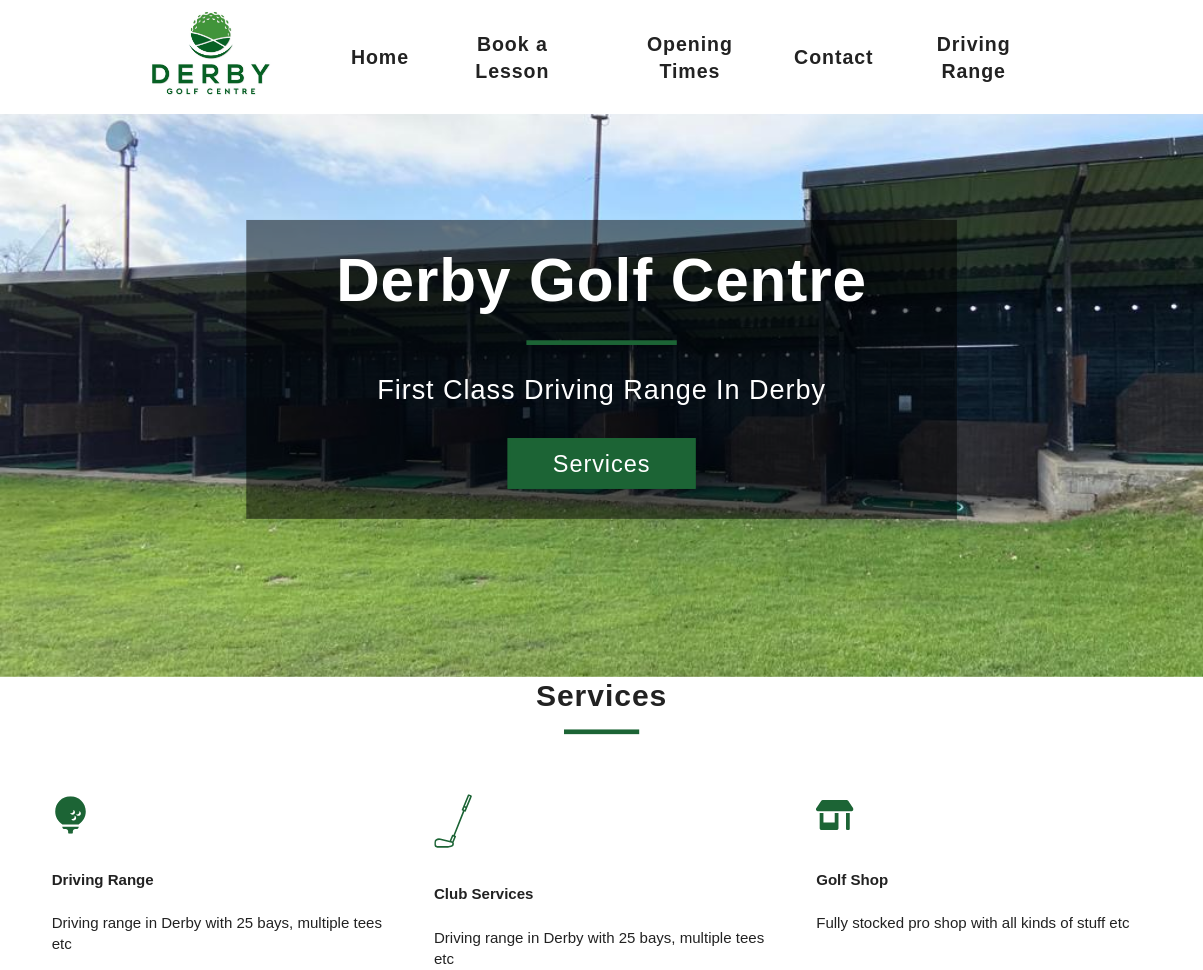
Repository: frankinstyyn/nigeljamesconsulting
Page: /
An editor plug-in stored every save of this project. The page is shown before and after the next save, followed by the edit.
The browser window is 1280 px wide. The pictures show the whole page, at 94% of full size.
Some web fonts or font styles are not loaded; a fallback is used. The project was rebuilt for these pictures with package versions that can differ from the ones it lists, and the page was loaded fresh each time. Also part of the build but not shown: src/pages/Lesson.js, src/pages/SingleRoom.js, src/pages/Error.js.

Above is the page before, as saved 2021-01-08 17:46:40.

### public/index.html
<!DOCTYPE html>
<html lang="en">
  <head>
    <meta charset="utf-8" />
    <link rel="icon" href="%PUBLIC_URL%/favicon.ico" />
    <meta name="viewport" content="width=device-width, initial-scale=1" />
    <meta name="theme-color" content="#000000" />
    <meta
      name="description"
      content="Web site created using create-react-app"
    />
    <link rel="apple-touch-icon" href="%PUBLIC_URL%/logo192.png" />
    <!--
      manifest.json provides metadata used when your web app is installed on a
      user's mobile device or desktop. See https://developers.google.com/web/fundamentals/web-app-manifest/
    -->
    <link rel="manifest" href="%PUBLIC_URL%/manifest.json" />
    <!--
      Notice the use of %PUBLIC_URL% in the tags above.
      It will be replaced with the URL of the `public` folder during the build.
      Only files inside the `public` folder can be referenced from the HTML.

      Unlike "/favicon.ico" or "favicon.ico", "%PUBLIC_URL%/favicon.ico" will
      work correctly both with client-side routing and a non-root public URL.
      Learn how to configure a non-root public URL by running `npm run build`.
    -->
    <title>Derby Golf Centre</title>
  </head>
  <body>
    <noscript>You need to enable JavaScript to run this app.</noscript>
    <div id="root"></div>
    <!--
      This HTML file is a template.
      If you open it directly in the browser, you will see an empty page.

      You can add webfonts, meta tags, or analytics to this file.
      The build step will place the bundled scripts into the <body> tag.

      To begin the development, run `npm start` or `yarn start`.
      To create a production bundle, use `npm run build` or `yarn build`.
    -->
  </body>
</html>

### src/index.js
import React from "react";
import ReactDOM from "react-dom";
import "./index.css";
import { BrowserRouter as Router } from "react-router-dom";
import App from "./App";
import reportWebVitals from "./reportWebVitals";

ReactDOM.render(
  <Router>
    <App />
  </Router>,
  document.getElementById("root")
);

// If you want to start measuring performance in your app, pass a function
// to log results (for example: reportWebVitals(console.log))
// or send to an analytics endpoint. Learn more: https://bit.ly/CRA-vitals
reportWebVitals();

### src/index.css
@import url("https://fonts.googleapis.com/css2?family=Darker+Grotesque:wght@300;800&display=swap");

body {
  margin: 0;
  font-family: -apple-system, BlinkMacSystemFont, "Segoe UI", "Roboto", "Oxygen",
    "Ubuntu", "Cantarell", "Fira Sans", "Droid Sans", "Helvetica Neue",
    sans-serif;
  -webkit-font-smoothing: antialiased;
  -moz-osx-font-smoothing: grayscale;
}

code {
  font-family: source-code-pro, Menlo, Monaco, Consolas, "Courier New",
    monospace;
}

### src/App.js
import "./App.css";
import Home from "./pages/Home";
import Lesson from "./pages/Lesson";
import SingleRoom from "./pages/SingleRoom";
import Error from "./pages/Error";

import { Route, Switch } from "react-router-dom";

import Navbar from "./components/Navbar";

function App() {
  return (
    <>
      <Navbar />
      <Switch>
        <Route exact path="/" component={Home} />
        <Route exact path="/lesson" component={Lesson} />
        <Route exact path="/lesson/:slug" component={SingleRoom} />
        <Route component={Error} />
      </Switch>
    </>
  );
}

export default App;

### src/App.css
* {
  margin: 0;
  padding: 0;
  box-sizing: border-box;
  font-family: "Darker Grotesque", sans-serif;
}
:root {
  --primaryColor: #1c6435;
  --mainWhite: #fff;
  --offWhite: #f7f7f7;
  --mainBlack: #222;
  --mainGrey: #ececec;
  --darkGrey: #cfcfcf;
  --mainTransition: all 0.3s linear;
  --mainSpacing: 1px;
  --lightShadow: 2px 5px 3px 0px rgba(0, 0, 0, 0.5);
  --darkShadow: 4px 10px 5px 0px rgba(0, 0, 0, 0.5);
}
/* globals */
body {
  padding-top: 66px;
  color: var(--mainBlack);
  background: var(--mainWhite);
  font-family: Verdana, Geneva, Tahoma, sans-serif;
  line-height: 1.4;
}
h1 {
  font-size: 3em;
  line-height: 1;
  margin-bottom: 0.5em;
}
h2 {
  font-size: 2em;
  margin-bottom: 0.75em;
}
h3 {
  font-size: 1.5em;
  line-height: 1;
  margin-bottom: 1em;
}
h4 {
  font-size: 1.2em;
  line-height: 1.25;
  margin-bottom: 1.25em;
}
h5 {
  font-size: 1em;
  font-weight: bold;
  margin-bottom: 1.5em;
}
h6 {
  font-size: 1em;
  font-weight: bold;
  margin-bottom: 1.5em;
}

.btn-primary {
  display: inline-block;
  text-decoration: none;
  letter-spacing: var(--mainSpacing);
  color: var(--mainWhite);
  background: var(--primaryColor);
  padding: 0.4rem 0.9rem;
  border: 3px solid var(--primaryColor);
  transition: var(--mainTransition);
  /* text-transform: uppercase; */
  cursor: pointer;
  width: 200px;
  font-size: 25px;
}
.btn-primary:hover {
  background: transparent;
  color: var(--primaryColor);
}
.loading {
  text-transform: capitalize;
  text-align: center;
  margin-top: 3rem;
}
.error {
  text-align: center;
  text-transform: uppercase;
  margin: 2rem 0;
}
.empty-search {
  text-align: center;
  text-transform: capitalize;
  margin: 2rem 0;
  padding: 1rem;
  letter-spacing: var(--mainSpacing);
}
/* end of globals */
/* Navbar */
.logo {
  height: 91px;
}
.navbar {
  position: fixed;
  top: 0;
  left: 0;
  width: 100%;
  padding: 0.75rem 2rem;
  background: var(--mainWhite);
  z-index: 1;
  display: inline-block;
  vertical-align: middle;
  text-align: center;
}
.nav-header {
  display: flex;
  justify-content: space-between;
}
.nav-btn {
  background: transparent;
  border: none;
  cursor: pointer;
  outline: none;
  color: red;
}
.nav-icon {
  font-size: 1.5rem;
  color: var(--primaryColor);
}
.nav-links {
  height: 0;
  overflow: hidden;
  transition: var(--mainTransition);
  list-style-type: none;
  align-items: center;
}
.nav-links a {
  display: block;
  text-decoration: none;
  padding: 1rem;
  color: var(--mainBlack);
  transition: var(--mainTransition);
  text-align: center;
  font-size: 1.3rem;
  font-weight: 600;
  letter-spacing: var(--mainSpacing);
}
.nav-links a:hover {
  color: var(--mainWhite);
  background: var(--primaryColor);
}

.show-nav {
  height: 310px;
}
@media screen and (min-width: 1028px) {
  .nav-btn {
    display: none;
  }
  .nav-center {
    max-width: 1170px;
    margin: 0 10%;
    display: flex;
  }
  .nav-links {
    height: auto;
    display: flex;
    margin-left: 4rem;
  }
  .nav-links a {
    /* margin: 0 1rem; */
    padding: 1rem;
  }
}
/* end of navbar */
/* Hero */
.defaultHero,
.lessonHero {
  min-height: calc(100vh - 66px);
  background: url("./images/defaultBcg.jpeg") center/cover no-repeat;
  display: flex;
  align-items: center;
  justify-content: center;
}
.lessonHero {
  background-image: url("./images/room-2.jpeg");
  /* min-height: 60vh; */
}
/* End of Hero */
/* Banner */
.banner {
  display: inline-block;
  background: rgba(0, 0, 0, 0.5);
  color: var(--mainWhite);
  padding: 2rem 1rem;
  text-align: center;
  text-transform: capitalize;
  letter-spacing: var(--mainSpacing);
}
.banner h1 {
  font-size: 2.5rem;
}
.banner div {
  width: 10rem;
  height: 5px;
  background: var(--primaryColor);
  margin: 1.7rem auto;
}
.banner p {
  font-size: 1.8rem;
  margin-bottom: 2rem;
}
@media screen and (min-width: 576px) {
  .banner {
    padding: 2rem 3rem;
  }
  .banner h1 {
    font-size: 3rem;
  }
}
@media screen and (min-width: 992px) {
  .banner {
    padding: 2rem 6rem;
  }
  .banner h1 {
    font-size: 4rem;
  }
}
/* End of Banner */
/* Title */
.section-title {
  text-align: center;
  margin-bottom: 4rem;
}
.section-title h4 {
  font-size: 2rem;
  letter-spacing: var(--mainSpacing);
  text-transform: capitalize;
  margin-bottom: 1rem;
}
.section-title div {
  width: 5rem;
  height: 5px;
  margin: 0 auto;
  background: var(--primaryColor);
}
/* end of Title */

/* services */
.services {
  padding: 5rem 0;
}
.services {
  background: var(--darkGrey);
  text-align: center;
}
.services-center {
  width: 90vw;
  margin: 0 auto;
  display: grid;
  grid-template-columns: repeat(auto-fit, minmax(255px, 1fr));
  grid-row-gap: 2rem;
  grid-column-gap: 50px;
}
.service span {
  display: inline-block;
  color: var(--primaryColor);
  font-size: 2.5rem;
  margin-bottom: 1.5rem;
}
.services h6 {
  letter-spacing: var(--mainSpacing);
}
.services p {
  width: 80%;
  margin: 0 auto;
}

.servicesImg {
  width: 40px;
}
@media screen and (min-width: 992px) {
  .services-center {
    width: 95vw;
    max-width: 1170px;
  }
}

@media screen and (min-width: 1200px) {
  .services p {
    width: 100%;
  }
}
/*end of services */
/* featured rooms */

.featured-rooms {
  padding: 5rem 0;
}
.featured-rooms-center {
  width: 80vw;
  margin: 0 auto;
  display: grid;
  grid-template-columns: repeat(auto-fit, minmax(270px, 1fr));
  grid-row-gap: 2rem;
  grid-column-gap: 40px;
}
@media screen and (min-width: 776px) {
  .featured-rooms-center {
    width: 90vw;
    grid-template-columns: repeat(auto-fit, minmax(330px, 1fr));
  }
}
@media screen and (min-width: 992px) {
  .featured-rooms-center {
    width: 95vw;
    max-width: 1170px;
  }
}
/* end pf featured rooms */
/* room */
.room {
  box-shadow: var(--lightShadow);
  transition: var(--mainTransition);
}
.room:hover {
  box-shadow: var(--darkShadow);
}

.img-container {
  position: relative;
}
.img-container img {
  width: 100%;
  display: block;
  transition: var(--mainTransition);
}
.price-top {
  position: absolute;
  top: 0;
  left: 0;
  background: rgba(0, 0, 0, 0.8);
  color: var(--mainWhite);
  padding: 0.3rem 0.6rem 0.5rem;
  border-bottom-right-radius: 1rem;
  font-size: 0.5rem;
  text-align: center;
  transition: var(--mainTransition);
}
.price-top h6 {
  margin-bottom: 0;
  font-size: 0.9rem;
  font-weight: 300;
  letter-spacing: var(--mainSpacing);
}
.room-link {
  position: absolute;
  top: 50%;
  left: 50%;
  transform: scale(0);
  transition: all 0.3s linear;
}
.img-container:hover {
  background: rgba(0, 0, 0, 0.8);
}
.img-container:hover img {
  opacity: 0.3;
}
.img-container:hover .price-top {
  opacity: 0;
}
.img-container:hover .room-link {
  transform: translate(-50%, -50%) scale(1);
}
.room-info {
  background: var(--darkGrey);
  text-transform: capitalize;
  padding: 0.5rem 0;
  text-align: center;
  font-weight: 700;
  letter-spacing: var(--mainSpacing);
}
/* end of room  */
/* single room*/

.single-room {
  padding: 5rem 0 0 0;
}
.single-room-images {
  width: 80vw;
  margin: 0 auto;
  display: grid;
  grid-template-columns: repeat(auto-fit, minmax(350px, 1fr));
  grid-row-gap: 2rem;
  grid-column-gap: 50px;
}
.single-room-images img {
  width: 100%;
  display: block;
}
.single-room-info {
  width: 80vw;
  display: grid;
  grid-template-columns: 1fr;
  margin: 2rem auto;
}
.desc,
.info {
  margin: 1rem 0;
}
.desc h3 {
  text-transform: capitalize;
  letter-spacing: var(--mainSpacing);
}
.desc p {
  line-height: 1.5;
}
.info h3,
.info h6 {
  text-transform: capitalize;
  letter-spacing: var(--mainSpacing);
}

.info h6 {
  font-weight: 300;
}
.room-extras {
  width: 80vw;
  margin: 0 auto 3rem auto;
}
.room-extras h6 {
  text-transform: capitalize;
  letter-spacing: var(--mainSpacing);
}
.extras {
  list-style-type: none;
  display: grid;
  grid-template-columns: repeat(auto-fit, minmax(330px, 1fr));
  grid-column-gap: 2rem;
  grid-row-gap: 1rem;
}
@media screen and (min-width: 992px) {
  .single-room-images,
  .single-room-info,
  .room-extras {
    width: 95vw;
    max-width: 1170px;
  }
  .single-room-info {
    display: grid;
    grid-template-columns: 1fr 1fr;
    grid-column-gap: 2rem;
  }
  .info {
    padding-left: 3rem;
  }
}
/* end of single room*/
/* roomlist */
.roomslist {
  padding: 5rem 0;
}
.roomslist-center {
  width: 80vw;
  margin: 0 auto;
  display: grid;
  grid-template-columns: repeat(auto-fill, minmax(270px, 1fr));
  grid-row-gap: 2rem;
  grid-column-gap: 30px;
}

@media screen and (min-width: 776px) {
  .roomslist-center {
    width: 90vw;
  }
}
@media screen and (min-width: 992px) {
  .roomslist-center {
    width: 95vw;
    max-width: 1170px;
  }
}
/* end of roomlist */
/*  rooms fitler*/
.filter-container {
  padding: 5rem 0;
}
.filter-form {
  width: 60vw;
  margin: 0 auto;
  display: grid;
  grid-template-columns: repeat(auto-fit, minmax(202px, 1fr));
  grid-row-gap: 2rem;
  grid-column-gap: 40px;
}
.form-group {
  text-transform: capitalize;
}
.form-group label {
  display: block;
  letter-spacing: var(--mainSpacing);
  margin-bottom: 0.5rem;
}
.form-control {
  width: 100%;
  background: transparent;
  font-size: 1rem;
}
.size-inputs {
  display: flex;
}
.size-input {
  width: 40%;
  padding: 0.2rem;
  border: 1px solid var(--mainBlack);
  border-radius: 0.3rem;
  margin-right: 0.3rem;
}
.single-extra label {
  display: inline-block;
  font-size: 0.8rem;
  margin-left: 0.5rem;
}
@media screen and (min-width: 776px) {
  .filter-form {
    width: 70vw;
  }
}
@media screen and (min-width: 992px) {
  .filter-form {
    width: 95vw;
    max-width: 1170px;
  }
}
/* end of rooms fitler*/

### src/pages/Home.js
import React from "react";
import Hero from "../components/Hero";
import Banner from "../components/Banner";
import { Link } from "react-router-dom";
import Services from "../components/Services"

export default function Home() {
  return (
    <>
    <Hero hero="defaultHero" >
      <Banner title="Derby Golf Centre" subtitle="First class Driving Range in Derby">
        <Link to="/lesson" className="btn-primary">
          Services
      </Link>
      </Banner>
      </Hero>
      <Services />
      </>
  );
}

### src/components/Navbar.js
import React, { Component } from "react";
// import { IoGolf } from "react-icons/io5";
import logo from "../images/sdrlogo.jpeg";
import { FaAlignRight } from "react-icons/fa";
import { Link } from "react-router-dom";

export default class Navbar extends Component {
  state = {
    isOpen: false,
  }
  handleToggle = () => {
    this.setState({ isOpen: !this.state.isOpen });
  }
  render() {
    return <nav className="navbar">
      <div class="nav-center">
        <div class="nav-header">
          <Link to="/">
            <img className="logo" src={logo} alt="Derby Golf Centre" />
          </Link>
          <button type="button" className="nav-btn" onClick={this.handleToggle}>
            <FaAlignRight className="nav-icon" />
          </button>
        </div>
        <ul className={this.state.isOpen ? "nav-links show-nav" : "nav-links"}>
          <li>
            <Link to="/">Home</Link>
          </li>
          <li>
            <Link to="/lesson">Book a Lesson</Link>
          </li>
          <li>
            <Link to="/opening-times">Opening Times</Link>
          </li>
          <li>
            <Link to="/contact">Contact</Link>
          </li>
          <li>
            <Link to="/driving-range">Driving Range</Link>
          </li>
        </ul>
      </div>
    </nav>;
  }
}

### src/components/Hero.js
import React from 'react'

export default function Hero({children, hero}) {
    return (
        <header className={hero}>{children}</header>
    )
}

### src/components/Banner.js
import React from 'react'

export default function Banner({children,title,subtitle}) {
    return (
        <div className="banner">
            <h1>{title}</h1>
            <div></div>
            <p>{subtitle}</p>
            {children}
        </div>
    )
}

### src/components/Services.js
import React, { Component } from 'react'
import { FaGolfBall, FaStoreAlt } from 'react-icons/fa'
import golfclub from '../images/golf-club.svg'
import Title from "./Title"


export default class Services extends Component {
    state = {
        services: [
            {
                icon: <FaGolfBall />,
                title: "Driving Range",
                info: "Driving range in Derby with 25 bays, multiple tees etc"
            },
            {
                icon: <img src={golfclub} className="servicesImg" alt="Club Services"/>,
                title: "Club Services",
                info: "Driving range in Derby with 25 bays, multiple tees etc"
            },
            {
                icon: <FaStoreAlt />,
                title: "Golf Shop",
                info: "Fully stocked pro shop with all kinds of stuff etc"
            }
        ]
    };
    render() {
        return (
            <section className="Services">
                <Title title="services" />
                <div className="services-center">
                    {this.state.services.map((item, index) => {
                        return (
                            <article key={index} className="service">
                                <span>{item.icon}</span>
                                <h6>{item.title}</h6>
                                <p>{item.info}</p>
                            </article>
                        )
                    })}
                </div>
            </section>
        )
    }
}

Loaded but not shown: src/reportWebVitals.js (common file); src/components/Title.js (common file)

After the next save:
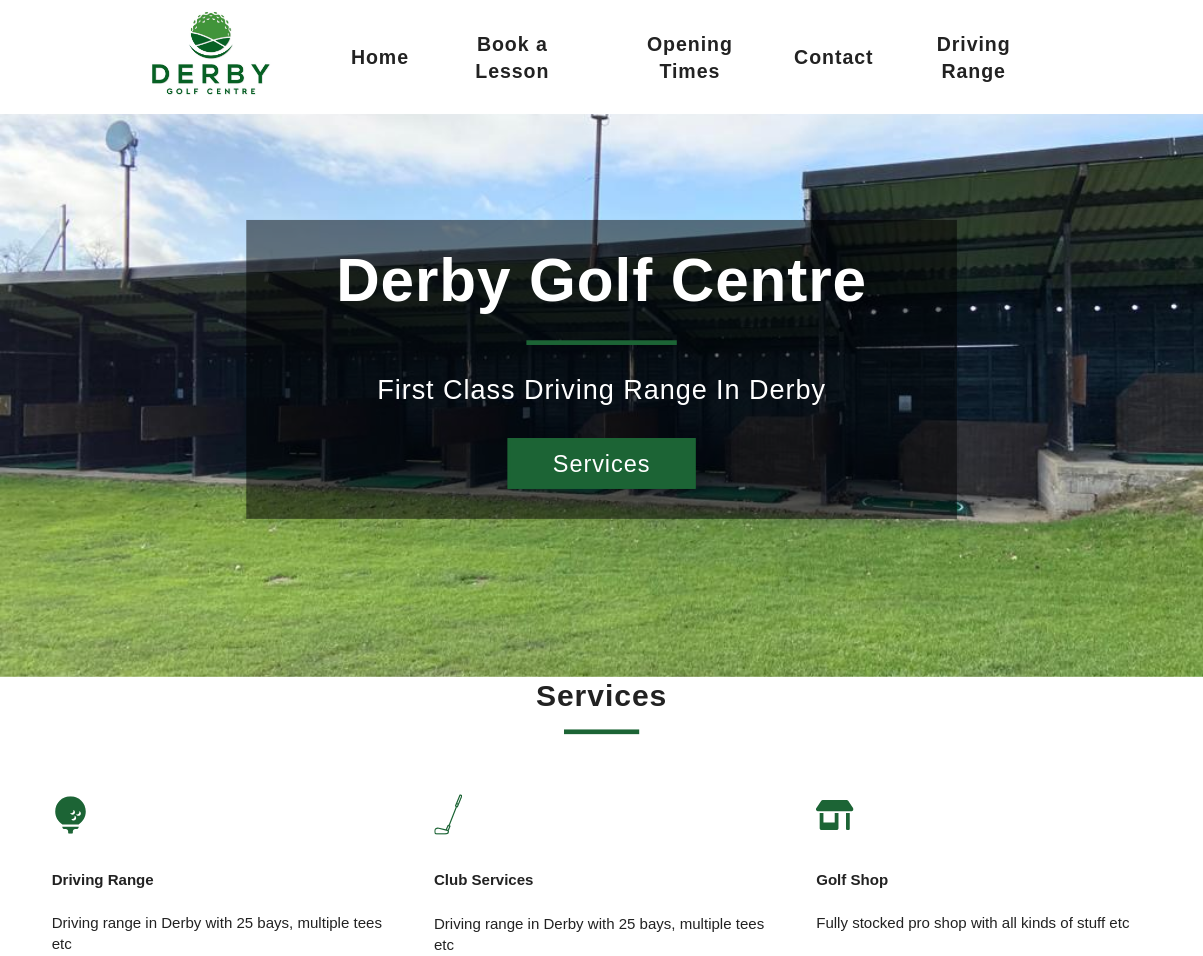
Saved 8 s later.
--- a/src/App.css
+++ b/src/App.css
@@ -271,7 +271,7 @@
 }
 
 .servicesImg {
-  width: 40px;
+  width: 30px;
 }
 @media screen and (min-width: 992px) {
   .services-center {
